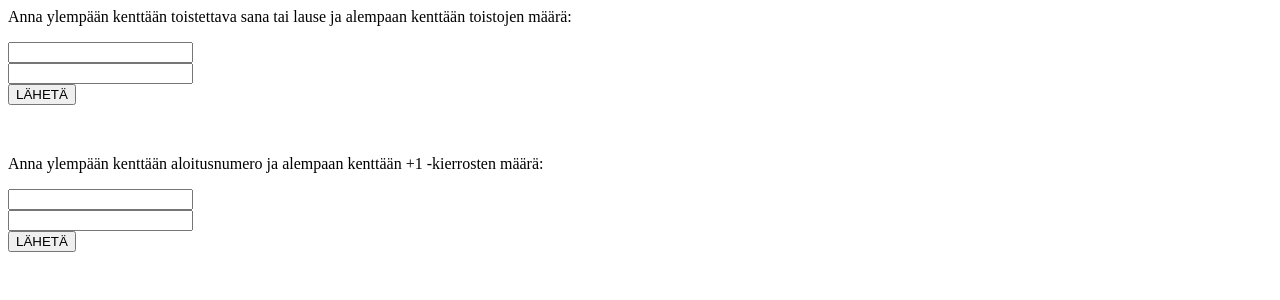
Repository: koodaajakige/knykanen
Page: public_html/be/sanatoisto.html
An editor plug-in stored every save of this project. The page is shown before and after the next save, followed by the edit.
The browser window is 1280 px wide. The pictures show the whole page.

Above is the page before, as saved 2022-11-02 08:08:02.

### public_html/be/sanatoisto.html
<head></head>
    <meta charset="UTF-8">
</head>
<body>

<p>Anna ylempään kenttään toistettava sana tai lause ja alempaan kenttään toistojen määrä:</p>

<form action="sanatoisto.php" method="GET">
    <input type="text" name="teksti" /><br>
    <input type="number" name="luku" /><br>
    <input type="submit" value="LÄHETÄ" />
</form>
<br>
<p>Anna ylempään kenttään aloitusnumero ja alempaan kenttään +1 -kierrosten määrä:</p>
<form action="numerotoisto.php" method="GET">
    <input type="text" name="luku1" /><br>
    <input type="number" name="toisto" /><br>
    <input type="submit" value="LÄHETÄ" />
</form>
</body>

After the next save:
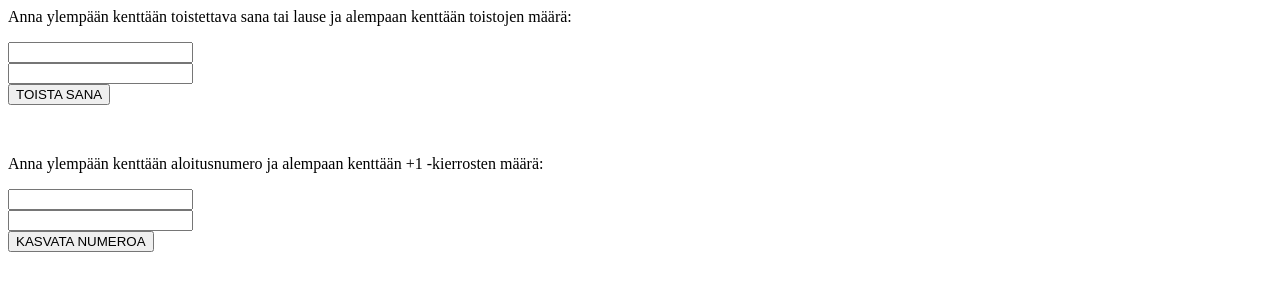
Saved 5 min 8 s later.
--- a/public_html/be/sanatoisto.html
+++ b/public_html/be/sanatoisto.html
@@ -8,13 +8,13 @@
 <form action="sanatoisto.php" method="GET">
     <input type="text" name="teksti" /><br>
     <input type="number" name="luku" /><br>
-    <input type="submit" value="LÄHETÄ" />
+    <input type="submit" value="TOISTA SANA" />
 </form>
 <br>
 <p>Anna ylempään kenttään aloitusnumero ja alempaan kenttään +1 -kierrosten määrä:</p>
 <form action="numerotoisto.php" method="GET">
     <input type="text" name="luku1" /><br>
     <input type="number" name="toisto" /><br>
-    <input type="submit" value="LÄHETÄ" />
+    <input type="submit" value="KASVATA NUMEROA" />
 </form>
 </body>
